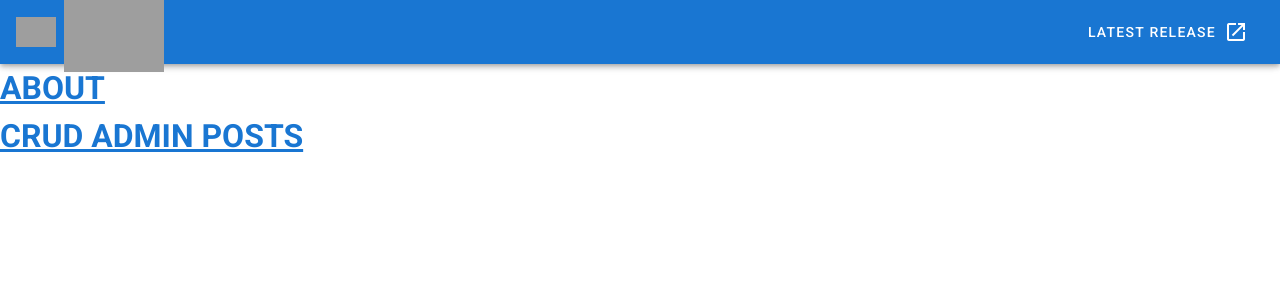
Repository: jeffersontads/project-vuejs
Page: /
The author's editor kept a copy of each file at every save. The page is drawn from the files as they stood at one save, then again after the next save.
The browser window is 1280 px wide. The pictures show the whole page.
Pictures or frames that could not be fetched are drawn as grey boxes. The project was rebuilt for these pictures with package versions that can differ from the ones it lists, and the page was loaded fresh each time. Also part of the build but not shown: vue.config.js.

Above is the page before, as saved 2021-10-29 14:44:20.

After the next save:
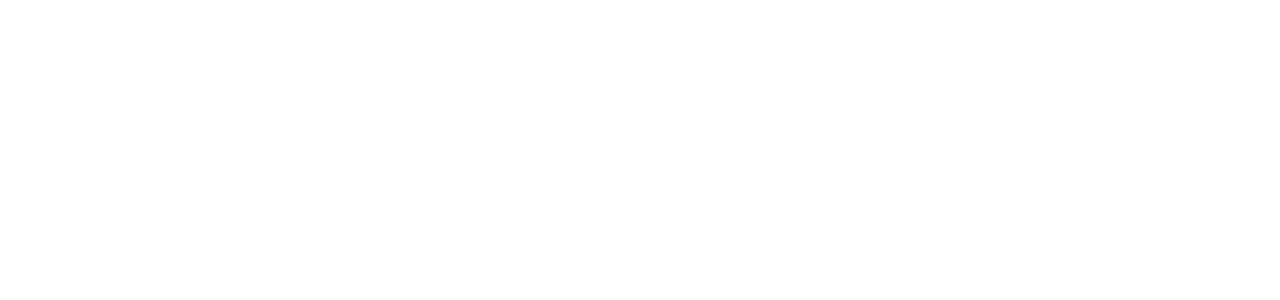
Console error: ReferenceError: createHistory is not defined
Saved 85 s later.
--- a/src/router/index.js
+++ b/src/router/index.js
@@ -25,8 +25,7 @@
 
 const router = new VueRouter({
   routes,
-  mode: 'history',
-  base: __dirname,
+  history: createHistory(process.env.BASE_URL),
 })
 
 

After the save that followed:
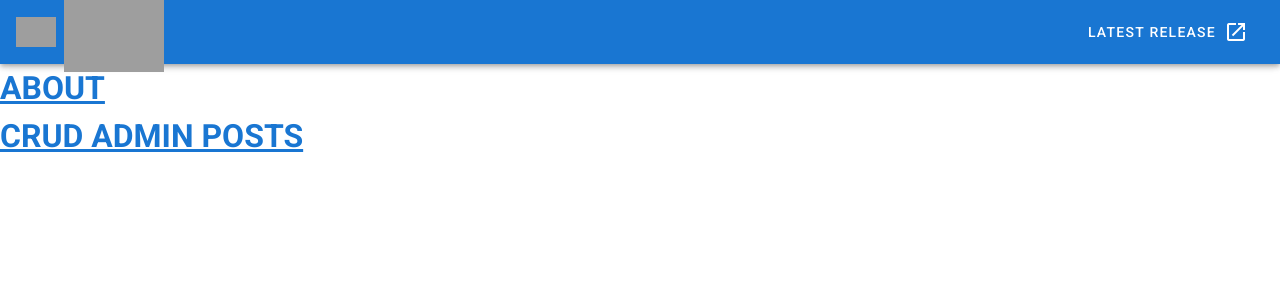
The error is gone.
Saved 11 s later.
--- a/src/router/index.js
+++ b/src/router/index.js
@@ -25,7 +25,8 @@
 
 const router = new VueRouter({
   routes,
-  history: createHistory(process.env.BASE_URL),
+  mode: 'history',
+  base: __dirname,
 })
 
 
